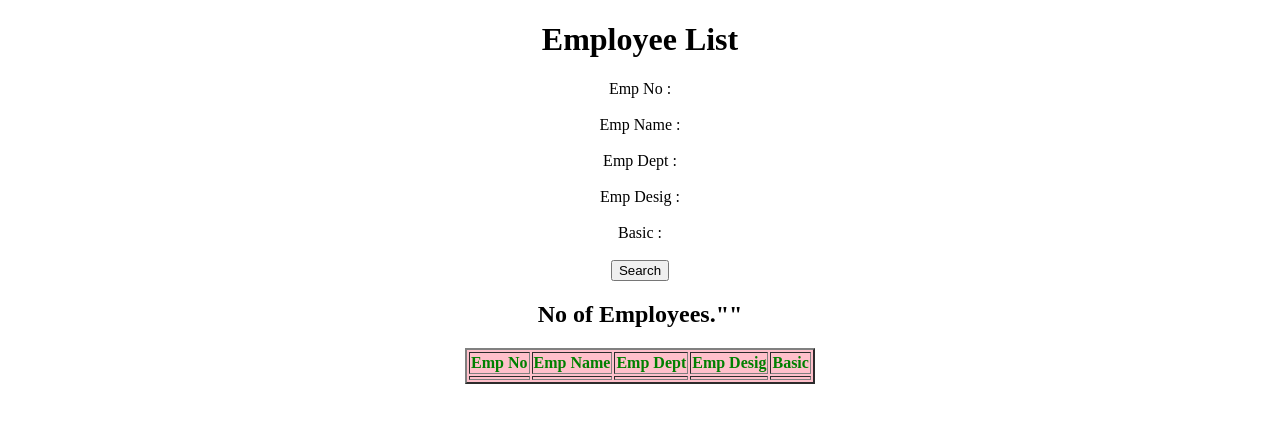
Repository: 1919satya/documents1-2
Page: http://localhost/springData/WEB-INF/views/home.jsp
The author's editor kept a copy of each file at every save. The page is drawn from the files as they stood at one save, then again after the next save.
The browser window is 1280 px wide. The pictures show the whole page.
The page is served by Tomcat 9. Nobody is signed in. Other server files are loaded and not shown. The template is opened directly, without the code that normally fills it, so the values that code supplies are empty.

Above is the page before, as saved 2019-10-15 07:27:51.

### AdvanceSpring/springData/src/main/webapp/WEB-INF/views/home.jsp
<%@page contentType="text/html" pageEncoding="UTF-8"%>
<!DOCTYPE html>
<html>
<head>
<meta http-equiv="Content-Type" content="text/html; charset=ISO-8859-1">
<title>Insert title here</title>
</head>
<body>
	<div align="center">
		<h1>Employee List</h1>
		<form:form action="searchEmploy" method="POST"
			modelAttribute="searchEmploy">
 Emp No :
  <form:input path="empno" />
			<br />
			<br />
  Emp Name :
  <form:input path="name" />
			<br />
			<br />
  Emp Dept :
  <form:input path="dept" />
			<br />
			<br />
  Emp Desig :
  <form:input path="desig" />
			<br />
			<br />
  Basic :
  <form:input path="basic" value="0.0" />
			<br />
			<br />
			<input type="submit" value="Search" />
		</form:form>
		<h2>No of Employees."${listEmploy.size()}"</h2>
		<table border=2, bgcolor="pink">

            <th style="color: green">Emp No</th>
			<th style="color: green">Emp Name</th>
			<th style="color: green">Emp Dept</th>
			<th style="color: green">Emp Desig</th>
			<th style="color: green">Basic</th>

			<c:forEach var="emp" items="${listEmploy}">
				<tr>
                    <td>${emp.empno}</td>
					<td>${emp.name}</td>
					<td>${emp.dept}</td>
					<td>${emp.desig}</td>
					<td>${emp.basic}</td>
				</tr>
			</c:forEach>
		</table>
	</div>

</body>
</html>

After the next save:
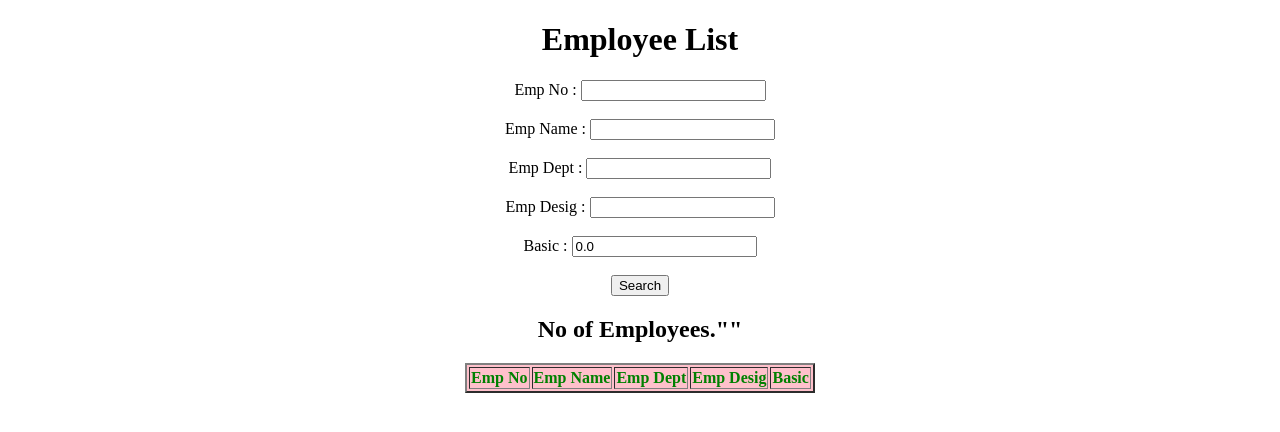
Saved 90 s later.
--- a/AdvanceSpring/springData/src/main/webapp/WEB-INF/views/home.jsp
+++ b/AdvanceSpring/springData/src/main/webapp/WEB-INF/views/home.jsp
@@ -1,5 +1,8 @@
 <%@page contentType="text/html" pageEncoding="UTF-8"%>
-<!DOCTYPE html>
+<!DOCTYPE HTML PUBLIC "-//W3C//DTD HTML 4.01 Transitional//EN"
+   "http://www.w3.org/TR/html4/loose.dtd">
+<%@ taglib uri="http://java.sun.com/jsp/jstl/core" prefix="c"%>
+<%@ taglib uri="http://www.springframework.org/tags/form" prefix="form"%>
 <html>
 <head>
 <meta http-equiv="Content-Type" content="text/html; charset=ISO-8859-1">
